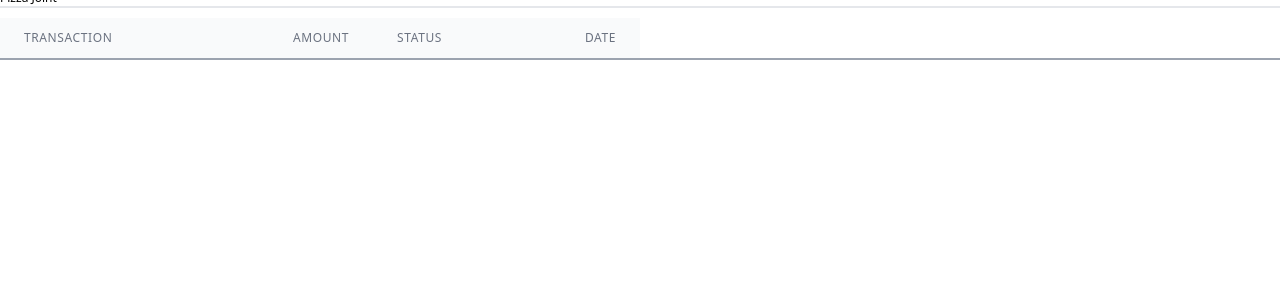
Repository: Marlstergo/listings
Page: / (app in client/)
The author's editor kept a copy of each file at every save. The page is drawn from the files as they stood at one save, then again after the next save.
The browser window is 1280 px wide. The pictures show the whole page.
The project was rebuilt for these pictures with package versions that can differ from the ones it lists, and the page was loaded fresh each time. Also part of the build but not shown: client/craco.config.js, client/src/components/Loader.js, client/src/components/Order.js, client/src/components/Modal.js. Imported but missing from the stored project, and not drawn on this page: client/src/components/Base, client/src/components/Toppings.

Above is the page before, as saved 2021-07-20 21:45:26.

### client/src/index.js
/* eslint-disable no-unused-vars */
import React from "react";
import ReactDOM from "react-dom";
import "./index.css";
import App from "./App";
import reportWebVitals from "./reportWebVitals";
import { BrowserRouter } from "react-router-dom";
import { Provider } from "react-redux";
import { store } from "./redux/store";
import { PersistGate } from "redux-persist/integration/react";
import { persistor } from "./redux/store";

ReactDOM.render(
  <React.StrictMode>
    <Provider store={store}>
      <BrowserRouter>
        <PersistGate persistor={persistor}>
          <App />
        </PersistGate>
      </BrowserRouter>
    </Provider>
  </React.StrictMode>,
  document.getElementById("root")
);

// If you want to start measuring performance in your app, pass a function
// to log results (for example: reportWebVitals(console.log))
// or send to an analytics endpoint. Learn more: https://bit.ly/CRA-vitals
reportWebVitals();

### client/src/App.js
import React, { useState } from 'react';
import { Route, Switch, useLocation } from "react-router-dom";
import Header from './components/Header';
import Home from './components/Home';
import Base from './components/Base';
import Toppings from './components/Toppings';
import Order from './components/Order';
import Modal from './components/Modal';
import { AnimatePresence } from 'framer-motion';

function App() {
  const location = useLocation();
  const showModal = true;

  return (
    <>
      <Header />
      {/* <Modal showModal={showModal} /> */}
      <AnimatePresence exitBeforeEnter>
        <Switch location={location} key={location.key}>
          <Route path="/">
            <Home />
          </Route>
          <Route path="/createUpdateUser">
            <Toppings />
          </Route>
          <Route path="/order">
            <Order />
          </Route>
          <Route path="/">
            <Home />
          </Route>
        </Switch>
      </AnimatePresence>

    </>
  );
}

export default App;

### client/src/redux/store.js
import { createStore, applyMiddleware } from "redux";
import { logger } from 'redux-logger';
import {persistStore} from 'redux-persist';
// import thunk from 'redux-thunk'
import createSagaMiddleware from 'redux-saga'

import rootSaga from './root-sagas'

import rootReducer from './root-reducer';

const sagaMiddleware = createSagaMiddleware()

const middleware = [sagaMiddleware];

if( process.env.NODE_ENV === 'development'){
    middleware.push(logger)
}

export const store = createStore(rootReducer, applyMiddleware(...middleware))

sagaMiddleware.run(rootSaga)

export const persistor = persistStore(store)

export default (store, persistor);

### client/src/components/Header.js
import React from 'react';
import { motion } from 'framer-motion';

const svgVariants = {
  hidden: { rotate: -180 },
  visible: {
    rotate: 0,
    transition: { duration : 1 }
  },
}

const pathVariants = {
  hidden: {
    opacity: 0,
    pathLength: 0,
  },
  visible: {
    opacity: 1,
    pathLength: 1,
    transition: {
      duration: 2,
      ease: "easeInOut",
    }
  }
};


const Header = () => {
  return (
    <header className='flex p-[40px] items-center'>
      <motion.div className="logo"
        drag
        dragConstraints={{ left: 0, top: 0, right: 0, bottom: 0 }}
        dragElastic={0.7}
      >
        <motion.svg className="w-[80px] overflow-visible" xmlns="http://www.w3.org/2000/svg" viewBox="0 0 100 100"
          variants={svgVariants}
          initial="hidden"
          animate="visible"
        >
          <motion.path
            fill="none"
            d="M40 40 L80 40 C80 40 80 80 40 80 C40 80 0 80 0 40 C0 40 0 0 40 0Z"
            variants={pathVariants}
          />
          <motion.path
            fill="none"
            d="M50 30 L50 -10 C50 -10 90 -10 90 30 Z"
            variants={pathVariants}
          />
        </motion.svg>
      </motion.div>
      <motion.div className=" flex-grow ml-[20px] text-xs"
        initial={{ y: -250}}
        animate={{ y: -10 }}
        transition={{ delay: 0.2, type: 'spring', stiffness: 120 }}
      >
        <h1 className="border-b-2 pb-[10px]">Pizza Joint</h1>
      </motion.div>
    </header>
  )
}

export default Header;

### client/src/components/Home.js
import React from "react";
import { Link } from "react-router-dom";
import { motion } from "framer-motion";
import Loader from "./Loader";

const buttonVariants = {
  hover: {
    scale: 1.1,
    textShadow: "0px 0px 8px rgb(255,255,255)",
    boxShadow: "0px 0px 8px rgb(255,255,255)",
    transition: {
      duration: 0.3,
      yoyo: 5,
    },
  },
};

const containerVariants = {
  hidden: {
    opacity: 0,
  },
  visible: {
    opacity: 1,
    transition: { delay: 1.5, duration: 1.5 },
  },
  exit: {
    x: "-100vh",
    transition: { ease: "easeInOut" },
  },
};

const Home = () => {
  return (
    <motion.div
      className="  pb-[10px] mb-[10px] border-b-2 border-gray-400"
      variants={containerVariants}
      initial="hidden"
      animate="visible"
      exit="exit"
    >
      <div className="w-1/2">
        <table className="min-w-full divide-y divide-gray-200">
          <thead>
            <tr>
              <th className="px-6 py-3 bg-gray-50 text-left text-xs font-medium text-gray-500 uppercase tracking-wider">
                Transaction
              </th>
              <th className="px-6 py-3 bg-gray-50 text-right text-xs font-medium text-gray-500 uppercase tracking-wider">
                Amount
              </th>
              <th className="hidden px-6 py-3 bg-gray-50 text-left text-xs font-medium text-gray-500 uppercase tracking-wider md:block">
                Status
              </th>
              <th className="px-6 py-3 bg-gray-50 text-right text-xs font-medium text-gray-500 uppercase tracking-wider">
                Date
              </th>
            </tr>
          </thead>
        </table>
      </div>
    </motion.div>
  );
};

export default Home;

### client/src/redux/root-sagas.js
import {all, call} from 'redux-saga/effects'
import {userSagas} from './user/user.sagas'


export default function* rootSaga(){
    yield all([
        call(userSagas),
    ])
}

### client/src/redux/root-reducer.js
import {combineReducers} from 'redux'
import userReducer from './user/user.reducer'
// import cartReducer from './cart/cart.reducer'
import {persistReducer} from 'redux-persist'
import storage from 'redux-persist/lib/storage'
// import directoryReducer from './directory/directory.reducer'
// import shopReducer from './shop/shop.reducer'

const persistConfig ={
    key: 'root',
    storage,
    whitelist: ['' ]
}
const rootReducer = combineReducers({
    user: userReducer,

})
export default persistReducer(persistConfig, rootReducer)

### client/src/redux/user/user.sagas.js
import { all, call, put, takeLatest } from "redux-saga/effects";

import UserActionTypes from "./user.types";
import { loadUserDetail } from "./user.action";
// import axios from "axios";
// import { getUserDetailsURL } from "../../components/stringConstants";

export function* getDetails() {
  yield console.log("i fired");

  // try {
  //   console.log("inside try");

  //   const res = yield axios.get(getUserDetailsURL);
  //   const data = yield res.data;
  //   console.log(res);
  //   yield put(loadUserDetail(data ? data.data[0] : {}));
  // } catch (err) {
  //   console.log(err.response);
  //   if (err.response && err.response.statusText === "Not Found") {
  //     // console.log("");
  //     window.location.href = "/profile/settings?newUser=0837";
  //   }
  // }
}

export function* getUserDetails() {
  yield takeLatest(UserActionTypes.GET_USER_DETAIL, getDetails);
}
// export function* loadUserDetails(){
//     yield takeLatest(UserActionTypes.LOAD_USER_DETAIL, loadDetails)
// }

export function* userSagas() {
  yield all([call(getUserDetails)]);
}

### client/src/redux/user/user.reducer.js
import UserActionTypes from "./user.types";
const INITIAL_STATE = {
  // currentUser: null,
  userDetail: {},
  demo: 'i am demo',
  location: null

};
const userReducer = (state = INITIAL_STATE, action) => {
  switch (action.type) {

    case UserActionTypes.LOAD_USER_DETAIL:
      return {
        ...state,
        userDetail: action.payload,
      };

    case UserActionTypes.COLLECT_GEOLOCATION:
      return {
        ...state,
        location: action.payload
      }
    default:
      return state;
  }
};

export default userReducer;

### client/src/redux/user/user.types.js
const UserActionTypes ={
    GOOGLE_SIGN_IN_START : 'GOOGLE_SIGN_IN_START',
    SIGN_IN_SUCCESS : 'SIGN_IN_SUCCESS',
    SIGN_IN_FAILURE : 'SIGN_IN_FAILURE',
    GET_USER_DETAIL: 'GET_USER_DETAIL',
    LOAD_USER_DETAIL: 'LOAD_USER_DETAIL',
    COLLECT_GEOLOCATION: 'COLLECT_GEOLOCATION',
    FETCH_GEOLOCATION: 'FETCH_GEOLOCATION'
}
export default UserActionTypes;

### client/src/redux/user/user.action.js
import UserActionTypes from './user.types'



// export const googleSignInStart = () => ({
//     type: UserActionTypes.GOOGLE_SIGN_IN_START
// })

// export const signInSuccess = (user) => ({
//     type: UserActionTypes.SIGN_IN_SUCCESS,
//     payload: user
// })

export const getUserDetail = () => ({
    type: UserActionTypes.GET_USER_DETAIL,

})
export const loadUserDetail = (details) => ({
    type: UserActionTypes.LOAD_USER_DETAIL,
    payload: details
})

export const fetchGeoloction = () => ({
    type: UserActionTypes.FETCH_GEOLOCATION
})
export const collectGeolocation = (location) => ({
    type: UserActionTypes.COLLECT_GEOLOCATION,
    payload: location
})
// })

### client/tailwind.config.js
  // tailwind.config.js
  module.exports = {
    // purge: [],
    purge: ['./src/**/*.{js,jsx,ts,tsx}', './public/index.html'],
     darkMode: false, // or 'media' or 'class'
     theme: {
       extend: {},
     },
     variants: {
       extend: {},
     },
     plugins: [],
   }

Loaded but not shown: client/public/index.html (common file); client/src/index.css (common file); client/src/reportWebVitals.js (common file)

After the next save:
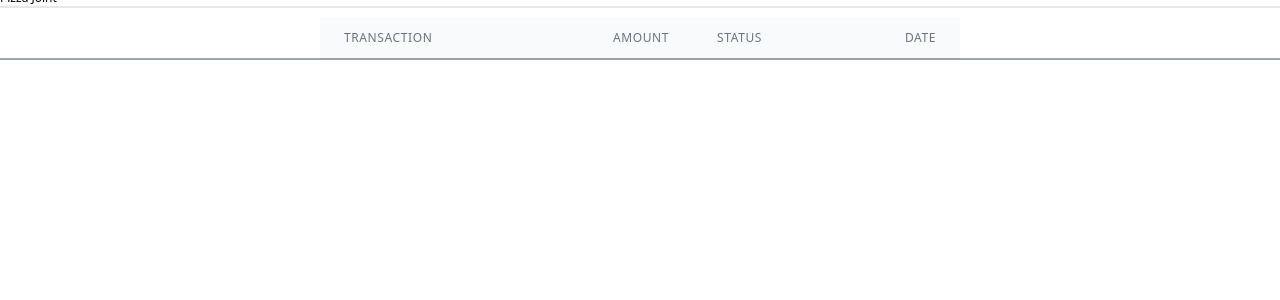
Saved 30 s later.
--- a/client/src/components/Home.js
+++ b/client/src/components/Home.js
@@ -32,13 +32,13 @@ const containerVariants = {
 const Home = () => {
   return (
     <motion.div
-      className="  pb-[10px] mb-[10px] border-b-2 border-gray-400"
+      className="  pb-[10px] mb-[10px] border-b-2 border-gray-400 flex flex-col items-center"
       variants={containerVariants}
       initial="hidden"
       animate="visible"
       exit="exit"
     >
-      <div className="w-1/2">
+      <div className="w-1/2 ">
         <table className="min-w-full divide-y divide-gray-200">
           <thead>
             <tr>
